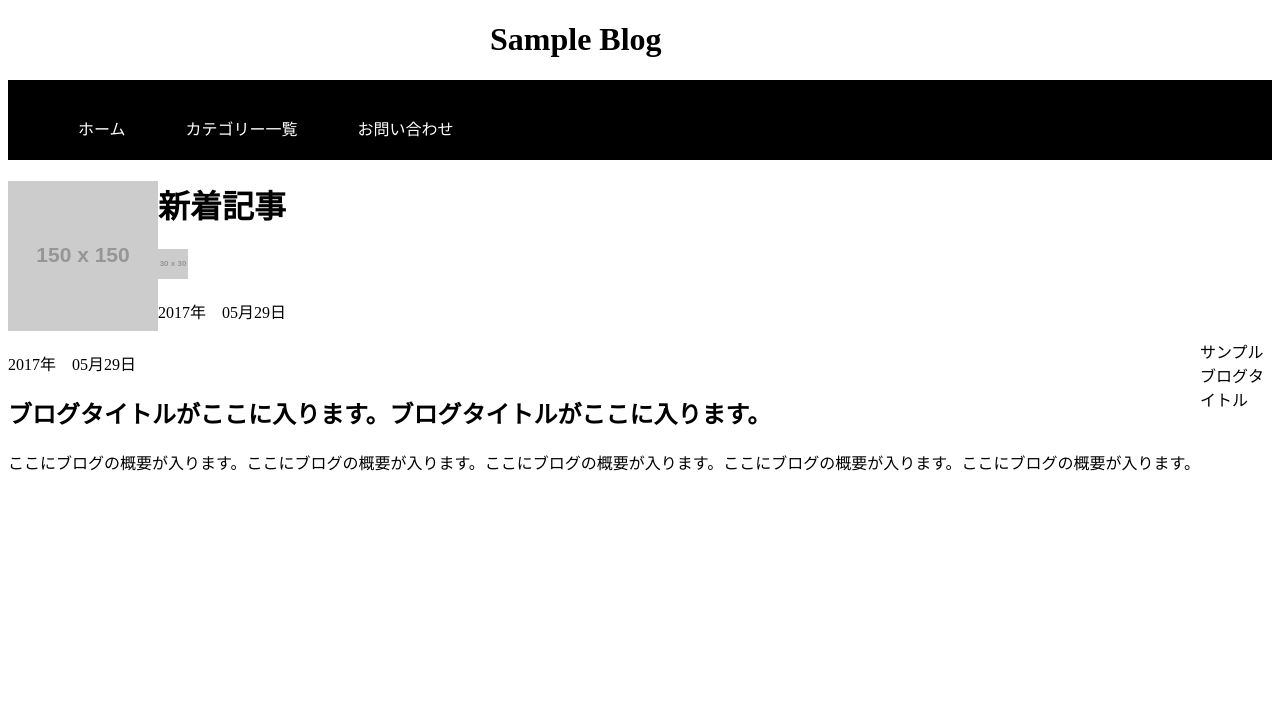
Repository: taka292/code3
Page: html/batty_coffee_stand/index.html
The author's editor kept a record of every edit. The page is drawn from the files as they stood at one moment, then again after the next edit.
The browser window is 1280 px wide. The pictures show the whole page.

Above is the page before.
Not found: html/batty_coffee_stand/css/normalize.css

After the next edit:
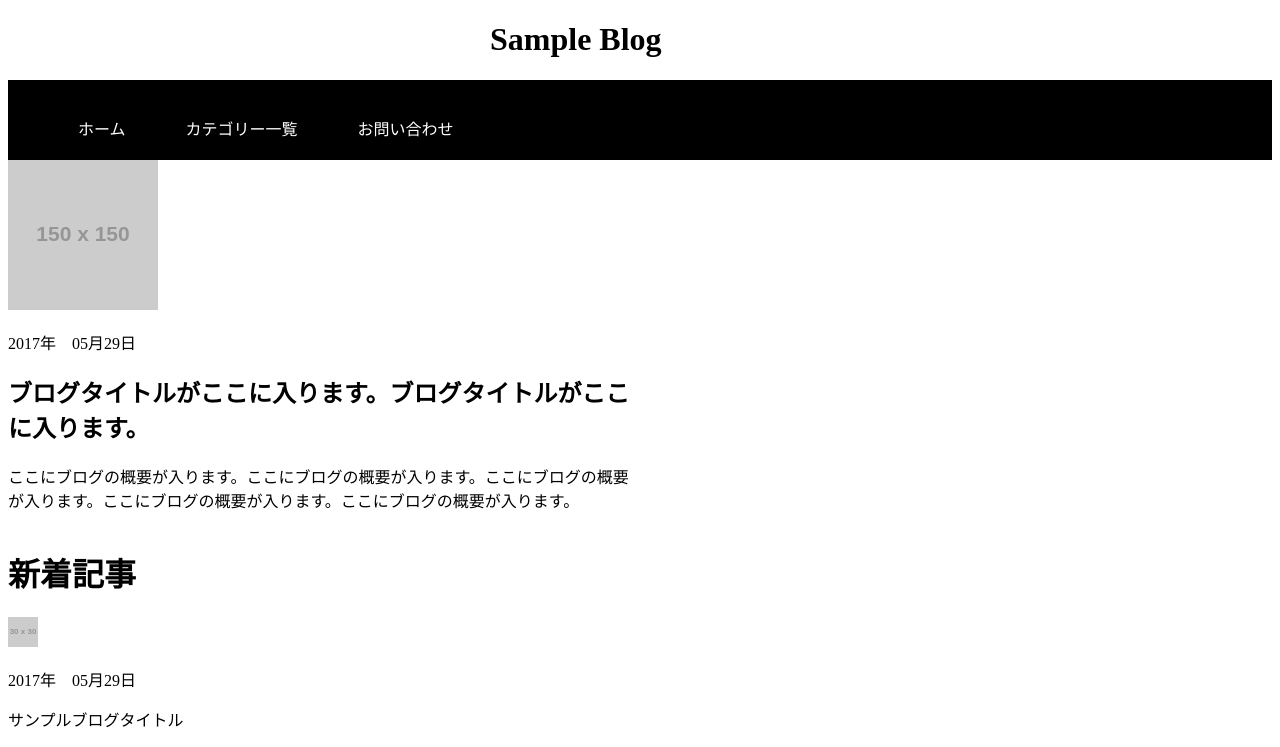
The edit:
--- a/html/batty_coffee_stand/css/style.css
+++ b/html/batty_coffee_stand/css/style.css
@@ -24,3 +24,20 @@
 .contents {
   float:left;
 }
+
+.left-contents:after{
+  clear:both;
+  display:block;
+  content:" ";
+}
+
+.large-comtents{
+  float:left;
+}
+
+.left-contents{
+  width :50%;
+}
+.right-contents{
+  width :50%;
+}
